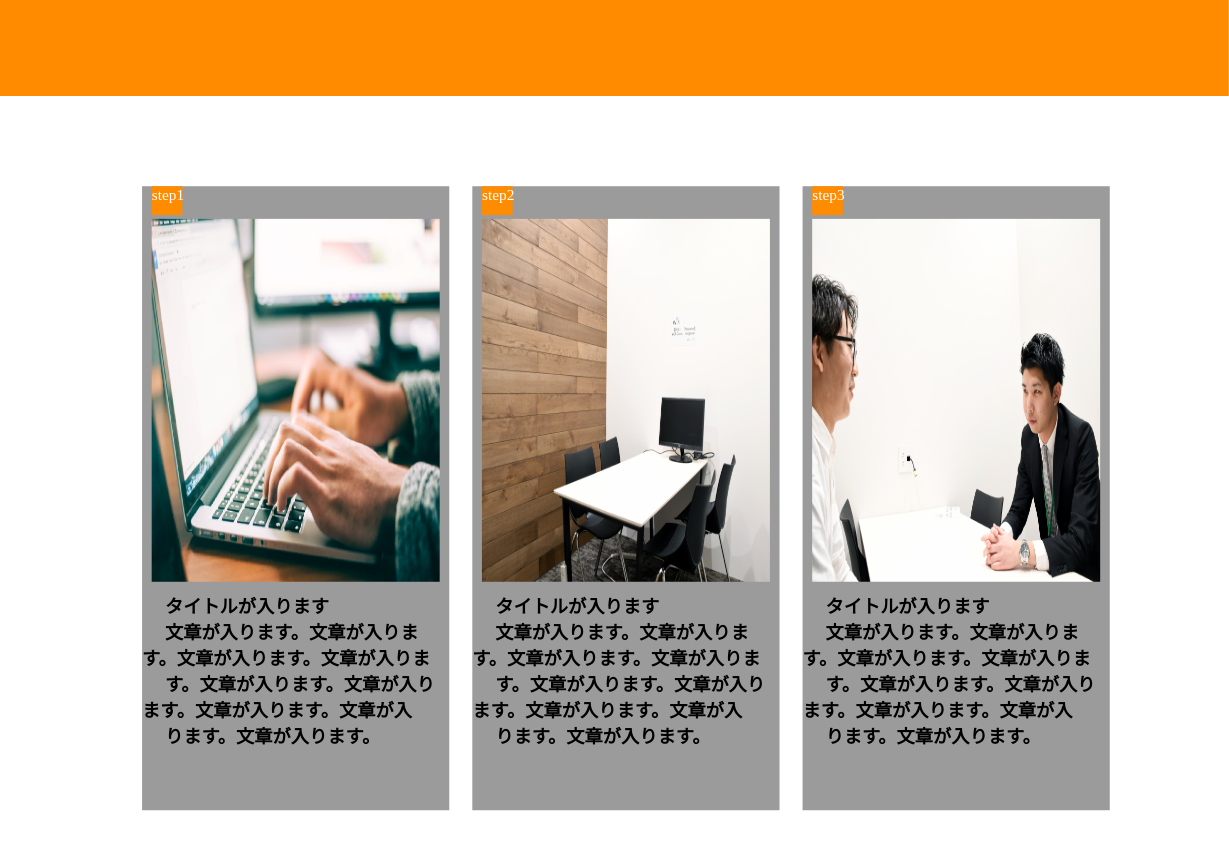
Repository: shiotaryuto/kadai1-10
Page: 課題/課題.html
The author's editor kept a record of every edit. The page is drawn from the files as they stood at one moment, then again after the next edit.
The browser window is 1280 px wide. The pictures show the whole page, at 96% of full size.
Some web libraries are served in a nearby version.

Above is the page before.

### 課題/課題.html
<!DOCTYPE html>
<html lang="ja">
  <head>
    <meta charset="UTF-8" />
    <meta name="viewport" content="width=device-width,initial-scale=1.0">
    <script src="https://kit.fontawesome.com/35efbb9d9d.js" crossorigin="anonymous"></script>
    <link rel="stylesheet" href="style.css" />
    <title>課題提出</title>
  </head>

  <body>
    <header></header>

　<main>
　    <div class="step1">
　      <img class="step1-img" src="img/flow01.png" />
　    <div class="step1-heading">step1</div>
　     <div class="step1-item">
　        <h3 class="step1-text-heading">
　          タイトルが入ります</br>
　          文章が入ります。文章が入ります。文章が入ります。文章が入りま
　          す。文章が入ります。文章が入ります。文章が入ります。文章が入
　          ります。文章が入ります。
　          </h2>
　        </h3>
　      </div>
　    </div>

　     <div class="step2">
　      <img class="step2-img" src="img/flow02.png" />
　    <div class="step2-heading">step2</div>
　     <div class="step2-item">
　        <h3 class="step2-text-heading">
　          タイトルが入ります</br>
　          文章が入ります。文章が入ります。文章が入ります。文章が入りま
　          す。文章が入ります。文章が入ります。文章が入ります。文章が入
　          ります。文章が入ります。
　          </h2>
　        </h3>
　      </div>
　    </div>

　     <div class="step3">
　      <img class="step3-img" src="img/flow03.png" />
　    <div class="step3-heading">step3</div>
　     <div class="step3-item">
　        <h3 class="step3-text-heading">
　          タイトルが入ります</br>
　          文章が入ります。文章が入ります。文章が入ります。文章が入りま
　          す。文章が入ります。文章が入ります。文章が入ります。文章が入
　          ります。文章が入ります。
　          </h2>
　        </h3>
　      </div>
　    </div>


　</main>
  </body>

### 課題/style.css
* {
  margin: 0;
  padding: 0;
  box-sizing: border-box;
  color: #6c6b6b;
}

a{
  text-decoration: none;
}

header{
  width: 100%;
  padding: 50px;
  background-color: #ff8c00;
}

main{
  width: 100%;
  margin-top: 50px;
  margin-bottom: 50px;
}

.step1{
  position: relative;
  display: inline-block;
  width: 25%;
  height: 650px;
  margin-left: 10%;
text-align: center;
padding: 10px;
  background-color: #9c9b9b;
}
.step1-heading{
  position: absolute;
width: 10%;
height: 30px;
top: 0;
  background-color: #ff8c00;
  color: white;
}

.step1-img{
  width: 100%;
  height: 60%;
}

.step1-item{
 width: 100%;
 left: 0;
}

.step1-text-heading{
  position: absolute;
  text-align: left;
  width: 100%;
  top: 65%;
  left: 0;
  font-size: 19px;
  color: black;
}

.step2{
  position: relative;
  display: inline-block;
  width: 25%;
  height: 650px;
  margin-top: 20px;
text-align: center;
padding: 10px;
  background-color: #9c9b9b;
}

.step2-heading{
  position: absolute;
width: 10%;
height: 30px;
top: 0;
  background-color: #ff8c00;
  color: white;
}

.step2-img{
  width: 100%;
  height: 60%;
}

.step2-item{
 width: 100%;
 left: 0;
}

.step2-text-heading{
  position: absolute;
  text-align: left;
  width: 100%;
  top: 65%;
  left: 0;
  font-size: 19px;
  color: black;
}

.step3{
  position: relative;
  display: inline-block;
  width: 25%;
  height: 650px;
  margin-top: 20px;
text-align: center;
padding: 10px;
  background-color: #9c9b9b;
}

.step3-heading{
  position: absolute;
width: 10%;
height: 30px;
top: 0;
  background-color: #ff8c00;
  color: white;

}

.step3-img{
  width: 100%;
  height: 60%;
}


.step3-item{
 width: 100%;
 left: 0;
}

.step3-text-heading{
  position: absolute;
  text-align: left;
  width: 100%;
  top: 65%;
  left: 0;
  font-size: 19px;
  color: black;
}

p{
  font-size: 30px;
  padding-left: 20px;
  color: black;

}
footer{
  width: 100%;
  padding: 50px;
  background-color: #9c9b9b;
}

@media screen and (max-width:768px){
  header{
    width: 100%;
  }

main{
  width: 100%;
}

.step1{
  width: 80%;
  height: 400px;
  left: 0;
}

.step1-text-heading{
  top: 60%;
  font-size: 15px;
}

.step2{
  width: 80%;
  height: 400px;
  margin-left: 10%;
}

.step2-text-heading{
  top: 60%;
  font-size: 15px;
}

.step3{
  width: 80%;
  height: 400px;
  margin-left: 10%;
}

.step3-text-heading{
  top: 60%;
  font-size: 15px;
}

footer{
  width: 100%;
}

After the next edit:
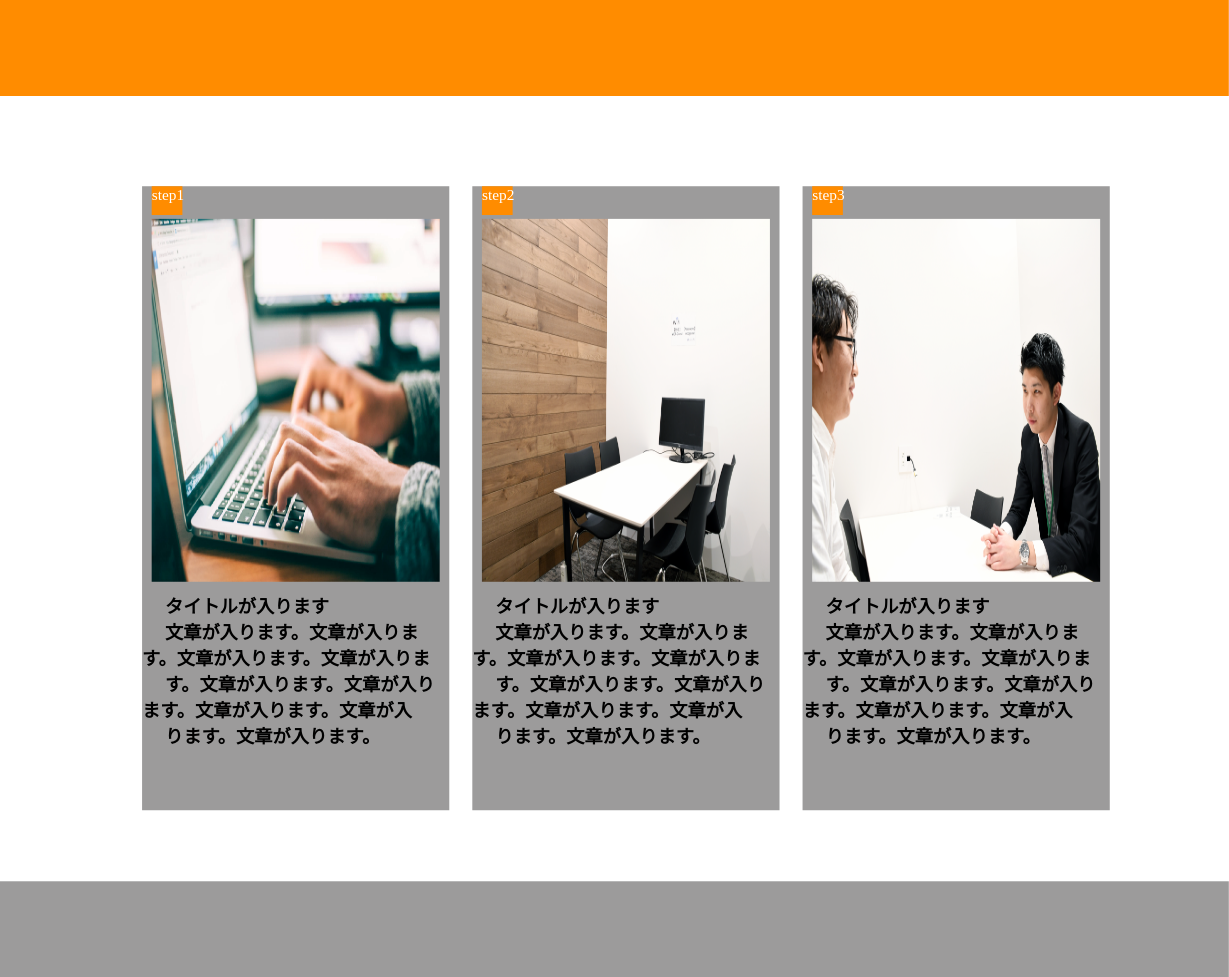
The edit:
--- a/課題/課題.html
+++ b/課題/課題.html
@@ -53,7 +53,6 @@
 　        </h3>
 　      </div>
 　    </div>
-
-
 　</main>
+　<footer></footer>
   </body>
